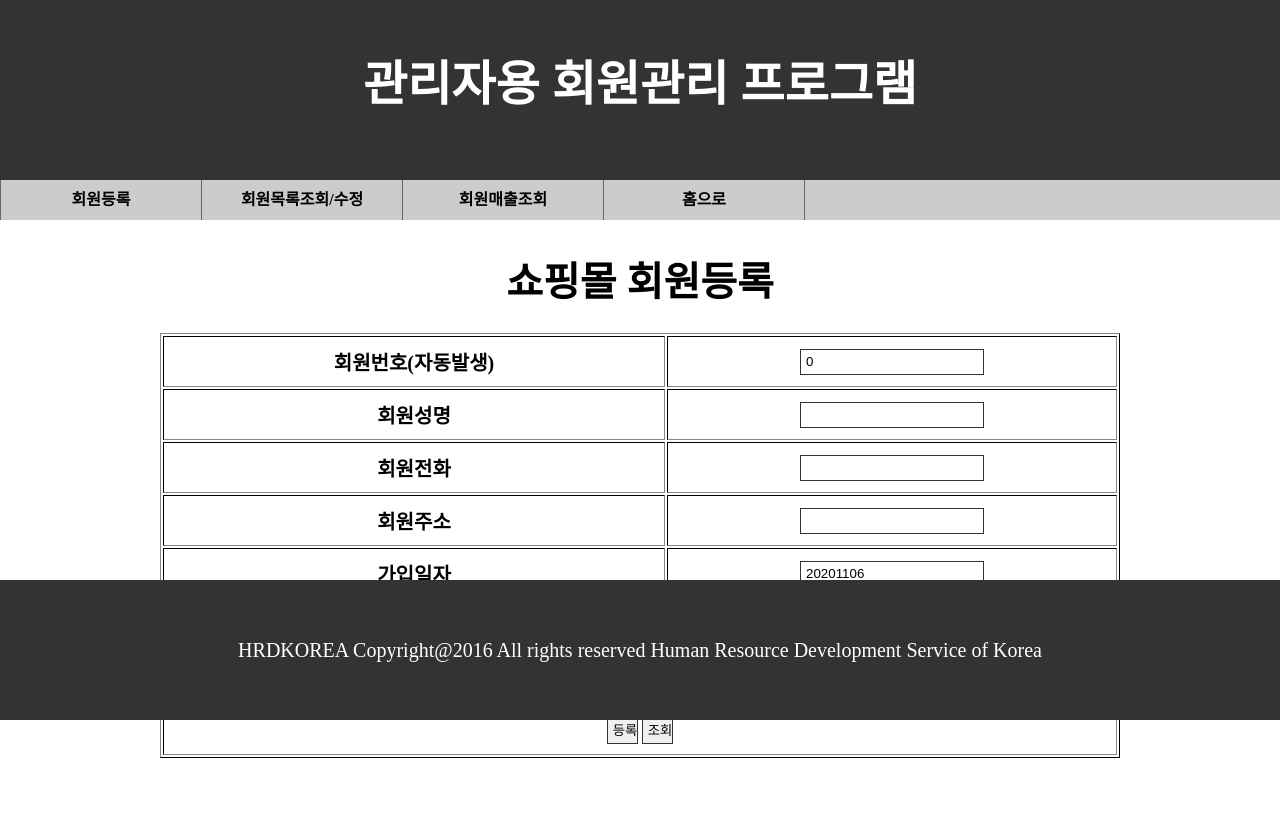
Repository: jsky1234/NCS
Page: http://localhost/HRD_1/memberIns.jsp
The author's editor kept a copy of each file at every save. The page is drawn from the files as they stood at one save, then again after the next save.
The browser window is 1280 px wide. The pictures show the whole page.
The page is served by Tomcat 9. Queries for data that is not in the repository find no rows.

Above is the page before, as saved 2020-11-11 11:02:32.
Console error: ReferenceError: form is not defined

After the next save:
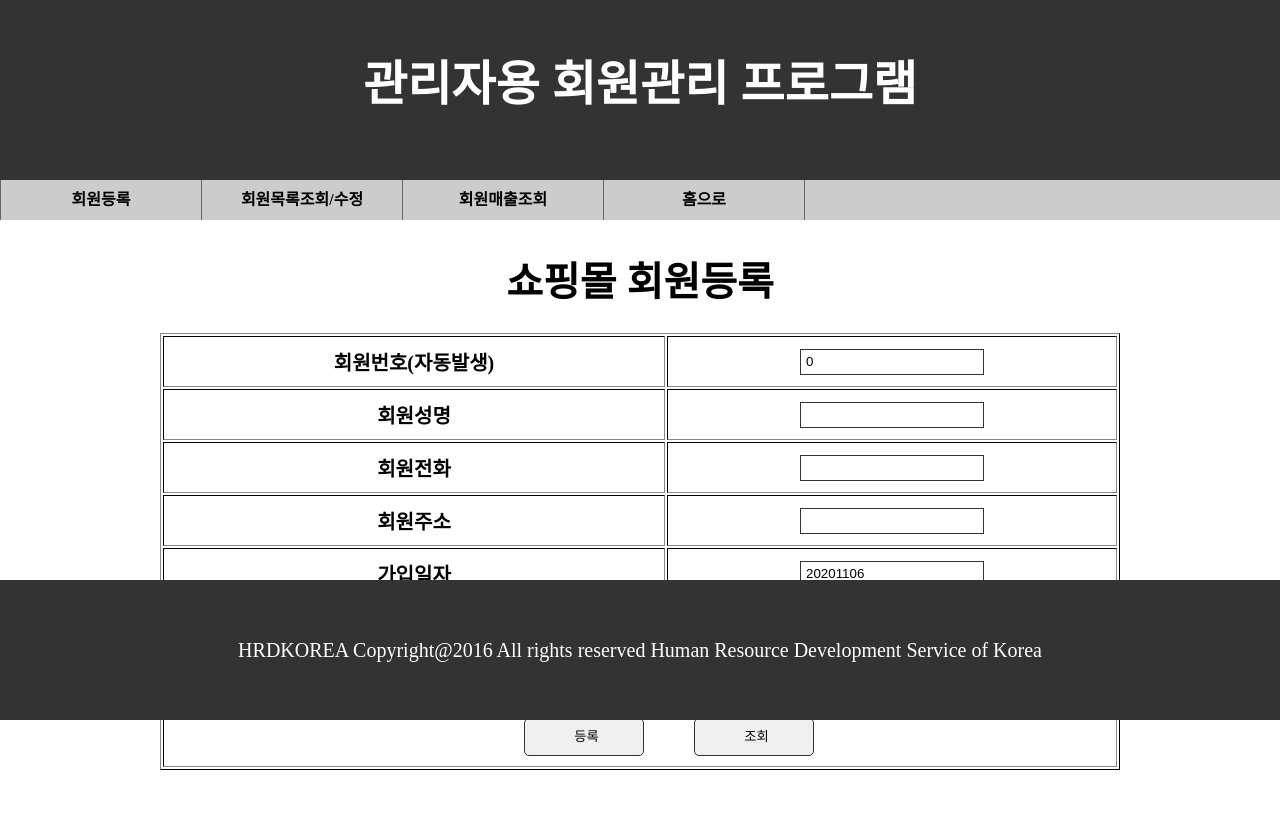
Saved 62 s later.
--- a/ncs1/HRD_1/WebContent/memberIns.jsp
+++ b/ncs1/HRD_1/WebContent/memberIns.jsp
@@ -9,8 +9,8 @@
 <%@ include file="admin_header.jsp" %>
 <link rel="stylesheet" href="./css/table.css" />
 <style>
-button {display: block; float: left; width: 120px; line-height: 36px; text-align: center; margin-right: 25px; margin-left: 25px; border-radius: 5px ;}
-button:first-child { margin-left: 350px;}
+.btn {display: block; float: left; width: 120px; line-height: 36px; text-align: center; margin-right: 25px; margin-left: 25px; border-radius: 5px ;}
+.btn:first-child { margin-left: 350px;}
 input, select { border: 1px solid #333; line-height: 24px; padding-left: 5px;}
 </style>
 <%@ include file="admin_nav.jsp" %>
@@ -82,8 +82,8 @@ String sdate = simple.format(date);
 							<td><input type="text" name="city" id="city" /></td>
 						</tr>
 						<td colspan="2">
-							<input type="button" id="submit_btn" value="등록" />
-							<input type="button" id="search_btn" value="조회" />
+							<input class="btn" type="button" id="submit_btn" value="등록" />
+							<input class="btn" type="button" id="search_btn" value="조회" />
 						</td>
 					</tbody>
 				</table>
